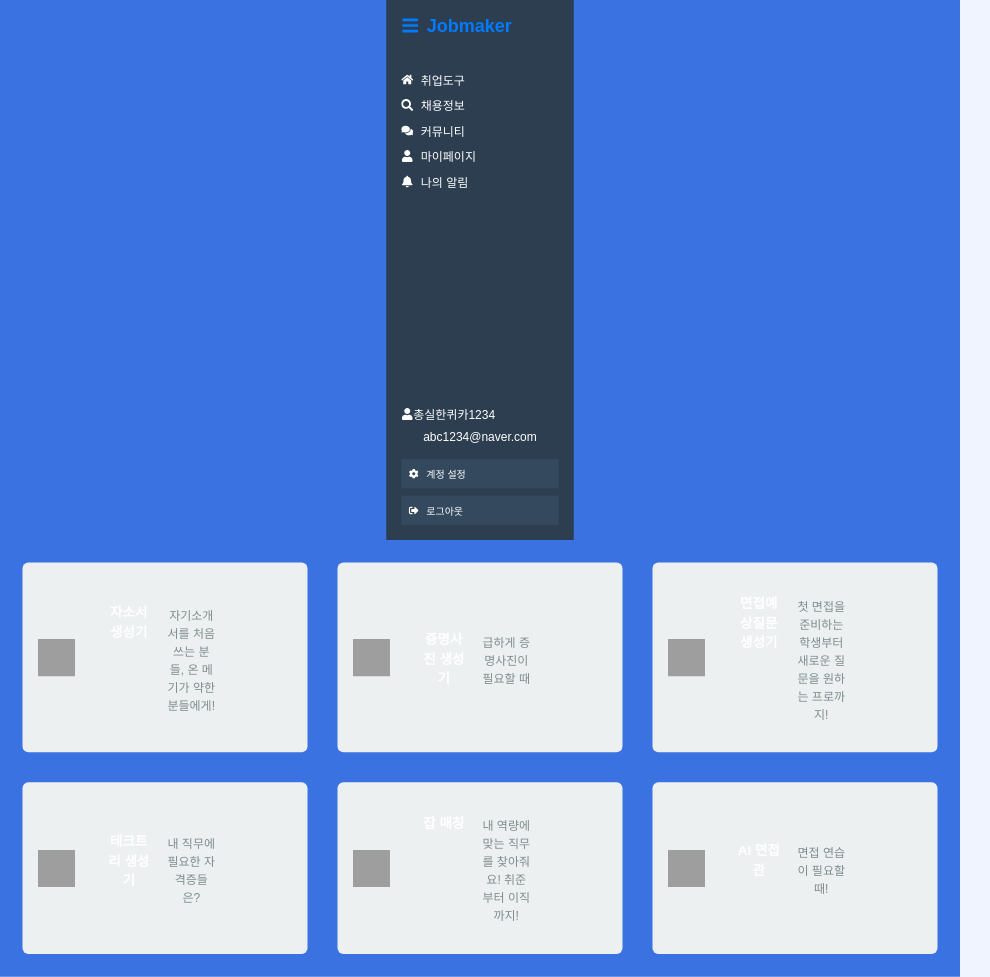
Repository: HSfac/jobmaker
Page: /main
These files come from the project's save history. The page is drawn as it stood at one moment and after the next save; the edit follows.
The browser window is 1280 px wide. The page is 1280 px wide, then 1320 px, so the pictures cover 1320 px, including what lies to the right of the window. The pictures show the whole page, at 75% of full size.
Pictures or frames that could not be fetched are drawn as grey boxes. The project was rebuilt for these pictures with package versions that can differ from the ones it lists, and the page was loaded fresh each time. Also part of the build but not shown: src/pages/LandingPage.jsx, src/pages/InfosPage.jsx, src/pages/CommunityPage.jsx, src/pages/MyPage.jsx, src/components/AlertModal.css, src/components/AlertModal.jsx.

Above is the page before, as saved 2024-07-10 22:28:19.

### src/App.js
import React from 'react';
import { BrowserRouter as Router, Route, Routes } from 'react-router-dom';
import MainPage from './pages/MainPage';
import LandingPage from './pages/LandingPage';
import InfosPage from './pages/InfosPage';
import CommunityPage from './pages/CommunityPage';
import MyPage from './pages/MyPage';
import Header from './components/Header';
import Footer from './components/Footer';
import Sidebar from './components/Sidebar';
import './App.css';

function App() {
  return (
    <Router>
      <div className="App">

        <div className="main-content">
          <Sidebar />
          <div className="page-content">
            <Routes>
              <Route path="/" element={<LandingPage />} />
              <Route path="/main" element={<MainPage />} />
              <Route path="/infos" element={<InfosPage />} />
              <Route path="/community" element={<CommunityPage />} />
              <Route path="/mypage" element={<MyPage />} />
            </Routes>
          </div>
        </div>

      </div>
    </Router>
  );
}

export default App;

### src/pages/MainPage.jsx
import React from 'react';
import ToolCard from '../components/ToolCard';
import './MainPage.css';

const tools = [
  {
    title: "자소서 생성기",
    description: "자기소개서를 처음 쓰는 분들, 온 메기가 약한 분들에게!",
    image: "/images/icon1.png",
  },
  {
    title: "증명사진 생성기",
    description: "급하게 증명사진이 필요할 때",
    image: "/images/icon2.png",
  },
  {
    title: "면접예상질문 생성기",
    description: "첫 면접을 준비하는 학생부터 새로운 질문을 원하는 프로까지!",
    image: "/images/icon3.png",
  },
  {
    title: "테크트리 생성기",
    description: "내 직무에 필요한 자격증들은?",
    image: "/images/icon4.png",
  },
  {
    title: "잡 매칭",
    description: "내 역량에 맞는 직무를 찾아줘요! 취준부터 이직까지!",
    image: "/images/icon5.png",
  },
  {
    title: "AI 면접관",
    description: "면접 연습이 필요할 때!",
    image: "/images/icon6.png",
  },
];

const MainPage = () => {
  return (
    <div className="main-page">
      <div className="content">
        {tools.map((tool, index) => (
          <ToolCard
            key={index}
            title={tool.title}
            description={tool.description}
            image={tool.image}
          />
        ))}
      </div>
    </div>
  );
};

export default MainPage;

### src/components/Sidebar.jsx
import React, { useState } from 'react';
import { FaHome, FaSearch, FaComments, FaUser, FaBell, FaCog, FaSignOutAlt, FaBars } from 'react-icons/fa';
import { Link } from 'react-router-dom';
import './Sidebar.css';
import AlertModal from './AlertModal';

const Sidebar = () => {
  const [isOpen, setIsOpen] = useState(true);
  const [isModalOpen, setIsModalOpen] = useState(false);

  const toggleSidebar = () => {
    setIsOpen(!isOpen);
  };

  const toggleModal = () => {
    setIsModalOpen(!isModalOpen);
  };

  return (
    <div className={`sidebar ${isOpen ? 'open' : 'closed'}`}>
      <div className="logo" onClick={toggleSidebar}>
        <FaBars />
        {isOpen && <span>Jobmaker</span>}
      </div>
      <ul className="menu">
        <li>
          <Link to="/main">
            <FaHome />
            {isOpen && <span>취업도구</span>}
          </Link>
        </li>
        <li>
          <Link to="/infos">
            <FaSearch />
            {isOpen && <span>채용정보</span>}
          </Link>
        </li>
        <li>
          <Link to="/community">
            <FaComments />
            {isOpen && <span>커뮤니티</span>}
          </Link>
        </li>
        <li>
          <Link to="/mypage">
            <FaUser />
            {isOpen && <span>마이페이지</span>}
          </Link>
        </li>
        <li onClick={toggleModal} style={{cursor: 'pointer'}}>
          <FaBell />
          {isOpen && <span>나의 알림</span>}
        </li>
      </ul>
      <div className="user-info">
        <div className="username">
          <FaUser />
          {isOpen && <span>총실한퀴카1234</span>}
        </div>
        {isOpen && <div className="email">abc1234@naver.com</div>}
        <div className="settings">
          <button className="settings-btn">
            <FaCog />
            {isOpen && <span>계정 설정</span>}
          </button>
          <button className="logout-btn">
            <FaSignOutAlt />
            {isOpen && <span>로그아웃</span>}
          </button>
        </div>
      </div>
      {isModalOpen && <AlertModal onClose={toggleModal} />}
    </div>
  );
};

export default Sidebar;

### src/App.css
.App {
  font-family: sans-serif;
  text-align: center;
  height: 100vh;
  display: flex;
  flex-direction: column;
}

.App > * {
  flex-shrink: 0;
}

### src/components/ToolCard.jsx
import React from 'react';
import './ToolCard.css';

const ToolCard = ({ title, description, image }) => {
  return (
    <div className="tool-card">
      <img src={image} alt={title} className="icon" />
      <div className="content">
        <h3>{title}</h3>
        <p>{description}</p>
      </div>
    </div>
  );
};

export default ToolCard;

### src/pages/MainPage.css
.main-page {
  display: flex;
}

.content {
  flex-grow: 1;
  padding: 20px;
  display: grid;
  grid-template-columns: repeat(3, 1fr);
  gap: 20px;
}

### src/pages/LandingPage.css
/* LandingPage.css */

@font-face {
  font-family: 'Pretendard';
  src: url('../assets/fonts/Pretendard-Regular.ttf') format('truetype');
  font-weight: 400;
}

@font-face {
  font-family: 'Pretendard';
  src: url('../assets/fonts/Pretendard-SemiBold.ttf') format('truetype');
  font-weight: 600;
}
:root {
  --bg-color: #f0f4ff;
  --text-color: #333;
  --primary-color: #3a73e1;
  --secondary-color: #fff;
  --question-bg-color: #4a90e2;
}

[data-theme="dark"] {
  --bg-color: #121212;
  --text-color: #e0e0e0;
  --primary-color: #bb86fc;
  --secondary-color: #333;
  --question-bg-color: #3700b3;
}

body {
  background-color: var(--bg-color);
  color: var(--text-color);
  margin: 0;
  padding: 0;
  font-family: 'Pretendard', sans-serif;
}

.landing-page {
  display: flex;
  flex-direction: column;
  min-height: 100vh;
}

.main-content {
  flex: 1;
  display: flex;
  flex-direction: column;
  align-items: center;
  background-color: var(--primary-color);
  color: var(--secondary-color);
}

.hero {
  display: flex;
  justify-content: space-between;
  align-items: center;
  max-width: 1200px;
  width: 100%;
  padding: 20px;
}

.hero-text {
  flex: 1;
  padding: 20px;
}

.hero-text h1 {
  font-size: 4em; /* Increased font size */
  font-family: 'Pretendard', sans-serif;
  font-weight: 600; /* SemiBold */
  margin-bottom: 20px;
}

.hero-text p {
  font-family: 'Pretendard', sans-serif;
  font-weight: 400; /* Regular */
}

.hero-text button.primary {
  background-color: var(--secondary-color);
  color: var(--primary-color);
  padding: 10px 20px;
  border: none;
  border-radius: 5px;
  font-size: 1.2em;
  cursor: pointer;
  transition: border-color 0.3s;
}

.hero-text button.primary:hover {
  border: 2px solid var(--primary-color);
}

.hero-images {
  flex: 1;
  display: flex;
  justify-content: center;
  align-items: center;
}

.hero-images img {
  max-width: 100%;
  height: auto;
}

.second-section {
  width: 100%;
  font-size: 1.5em;
  padding: 50px 20px;
  background-color: var(--bg-color);
  color: var(--text-color);
  text-align: center;
  position: relative;
  overflow: hidden;
  font-weight: 700; /* SemiBold */
}

.second-section h2 {
  color: var(--primary-color);
  font-size: 1.5em;
  font-weight: 700; /* SemiBold */
}

.sliding-images {
  display: flex;
  flex-direction: column;
  align-items: center;
  justify-content: center;
  height: 280px; /* Adjust as needed */
  position: relative;
}

.sliding-images img {
  width: 300%; /* Make the images smaller */
  position: absolute;
  animation-duration: 30s; /* Slow down the animation */
  animation-timing-function: linear;
  animation-iteration-count: infinite;
}

.sliding-images img:nth-child(1) {
  top: 0;
  left: -100%;
  animation-name: slide-in-left;
}

.sliding-images img:nth-child(2) {
  top: 50%;
  left: 100%;
  animation-name: slide-in-right;
}

@keyframes slide-in-left {
  0%, 100% {
    left: -100%;
  }
  50% {
    left: 100%;
  }
}

@keyframes slide-in-right {
  0%, 100% {
    left: 100%;
  }
  50% {
    left: -100%;
  }
}

.generators {
  display: flex;
  justify-content: space-around;
  flex-wrap: wrap;
}

.generator-card {
  background-color: var(--secondary-color);
  color: var(--primary-color);
  border-radius: 10px;
  padding: 20px;
  margin: 10px;
  width: 200px;
  cursor: pointer;
  transition: transform 0.2s;
}

.generator-card:hover {
  transform: scale(1.05);
}

.generator-card h3 {
  margin-top: 0;
}

.generator-card p {
  margin: 10px 0 0;
}

/* 기존 CSS 생략 */

.third-section {
  width: 100%;
  padding: 50px 20px;
  background-color: var(--bg-color);
  color: var(--text-color);
  text-align: center;
}

.third-section h2 {
  font-size: 2.2em;
  color: var(--primary-color);
  font-weight: 700; /* SemiBold */
}

.third-section h3 {
  font-size: 1em;
  font-weight: 600; /* SemiBold */
}

.example-container {
  display: flex;
  flex-wrap: wrap;
  justify-content: center;
  gap: 20px;
  margin-top: 20px;
  flex-direction: column; /* 세로로 배치 */
}

.example-image.left {
  align-self: flex-start;
  margin: 0 50px; /* 이미지 양옆 여백 설정 */
  animation: slide-left 5s infinite;
}

.example-image.center1 {
  align-self: center;
  margin: 0 50px; /* 이미지 양옆 여백 설정 */
}

.example-image.right {
  align-self: flex-end;
  margin: 0 50px; /* 이미지 양옆 여백 설정 */
  animation: slide-right 5s infinite;
}

.example-image.center2 {
  align-self: center;
  margin: 0 50px; /* 이미지 양옆 여백 설정 */
}

@keyframes slide-left {
  0% {
    transform: translateX(0);
  }
  50% {
    transform: translateX(-20px); /* 원하는 슬라이드 거리 설정 */
  }
  100% {
    transform: translateX(0);
  }
}

@keyframes slide-right {
  0% {
    transform: translateX(0);
  }
  50% {
    transform: translateX(20px); /* 원하는 슬라이드 거리 설정 */
  }
  100% {
    transform: translateX(0);
  }
}

/* 기존 CSS 생략 */




.fourth-section {
  width: 100%;
  padding: 50px 20px;
  background-color: var(--bg-color);
  color: var(--text-color);
  text-align: center;
}

.fourth-section h2 {
  font-size: 2.2em;
  color: var(--primary-color);
  font-weight: 700; /* SemiBold */
  margin-bottom: 10px;
}

.fourth-section h3 {
  font-size: 1.1em;
  font-weight: 700; /* SemiBold */
  margin-bottom: 30px;
}

.sliding-tags {
  overflow: hidden;
  white-space: nowrap;
  box-sizing: border-box;
}

.tags-wrapper {
  display: inline-block;
  animation: slide 45s linear infinite;
}

.tag {
  display: inline-block;
  background-color: var(--primary-color);
  color: var(--secondary-color);
  padding: 10px 20px;
  margin: 0 10px;
  border-radius: 20px;
}

@keyframes slide {
  0% {
    transform: translateX(100%);
  }
  100% {
    transform: translateX(-100%);
  }
}

.fifth-section {
  width: 100%;
  padding: 50px 20px;
  background-color: var(--bg-color);
  color: var(--text-color);
  text-align: center;
}

.fifth-section h2 {
  margin-top: 500px;
  font-size: 2.2em;
  font-weight: 700; /* SemiBold */
}

.fifth-section h3 {
  font-size: 1.1em;
  font-weight: 700; /* SemiBold */
  margin-top: 10px;
  margin-bottom: 30px;
}

.pricing-plans {
  display: flex;
  justify-content: center;
  gap: 25px;
  flex-wrap: wrap;
  margin-bottom: 200px;
}

.plan {
  background-color: var(--secondary-color);
  color: var(--primary-color);
  border-radius: 10px;
  padding: 20px;
  margin: 10px;
  width: 250px;
  text-align: center;
}

.plan h3 {
  margin-top: 0;
}

.plan ul {
  list-style: none;
  padding: 0;
}

.plan ul li {
  margin: 10px 0;
}

.plan button.primary {
  background-color: var(--secondary-color);
  color: var(--primary-color);
  padding: 10px 20px;
  border: 2px solid var(--primary-color);
  border-radius: 5px;
  font-size: 1.2em;
  cursor: pointer;
  transition: background-color 0.3s, color 0.3s;
}

.plan button.primary:hover {
  background-color: var(--primary-color);
  color: var(--secondary-color);
}

.footer {
  background-color: var(--primary-color);
  color: var(--secondary-color);
  padding: 20px;
  text-align: center;
  position: relative;
  bottom: 0;
  width: 100%;
  margin-top: auto;
}

### src/components/Header.css
.header {
  display: flex;
  justify-content: space-between;
  align-items: center;
  padding: 10px 20px;
  background-color: #f8f9fa;
  border-bottom: 1px solid #e0e0e0;
}

.logo {
  font-size: 24px;
  font-weight: bold;
  color: #007bff;
}

.nav-links a {
  margin-left: 10px;
  color: #333;
  text-decoration: none;
}

.nav-links a:hover {
  text-decoration: underline;
}

### src/components/Sidebar.css
.sidebar {
  width: 250px;
  height: 100vh;
  background-color: #2c3e50;
  color: white;
  padding: 20px;
  box-sizing: border-box;
  display: flex;
  flex-direction: column;
  justify-content: space-between;
  transition: width 0.3s;
}

.sidebar.closed {
  width: 80px;
}

.logo {
  font-size: 24px;
  font-weight: bold;
  margin-bottom: 20px;
  cursor: pointer;
  display: flex;
  align-items: center;
}

.logo span {
  margin-left: 10px;
}

.menu {
  list-style: none;
  padding: 0;
}

.menu li {
  margin: 10px 0;
  display: flex;
  align-items: center;
}

.menu li a {
  display: flex;
  align-items: center;
  color: white;
  text-decoration: none;
}

.menu li span {
  margin-left: 10px;
}

.user-info {
  margin-top: auto;
}

.username {
  display: flex;
  align-items: center;
  margin-bottom: 10px;
}

.email {
  margin-bottom: 10px;
}

.settings {
  display: flex;
  flex-direction: column;
}

.settings-btn, .logout-btn {
  display: flex;
  align-items: center;
  width: 100%;
  margin-top: 10px;
  padding: 10px;
  background-color: #34495e;
  color: white;
  border: none;
  cursor: pointer;
}

.settings-btn span, .logout-btn span {
  margin-left: 10px;
}

### src/components/ToolCard.css
.tool-card {
  background-color: #ecf0f1;
  border-radius: 8px;
  padding: 20px;
  margin: 10px;
  display: flex;
  align-items: center;
  cursor: pointer;
  transition: background-color 0.3s;
}

.tool-card:hover {
  background-color: #bdc3c7;
}

.icon {
  width: 50px;
  height: 50px;
  margin-right: 20px;
}

.content {
  flex-grow: 1;
}

h3 {
  margin: 0;
  font-size: 18px;
}

p {
  margin: 5px 0 0;
  color: #7f8c8d;
}

### src/components/Header.jsx
import React from 'react';
import './Header.css';

const Header = () => {
  return (
    <header className="header">
      <div className="logo">Jobmaker</div>
      <div className="nav-links">
        <a href="/login">로그인</a> | <a href="/signup">회원가입</a>
      </div>
    </header>
  );
};

export default Header;

### src/components/Footer.jsx
import React from 'react';
import './Footer.css';
import { FontAwesomeIcon } from '@fortawesome/react-fontawesome';
import { faTwitter, faFacebook, faInstagram, faLinkedin } from '@fortawesome/free-brands-svg-icons';

const Footer = () => {
  return (
    <footer className="footer">
      <div className="footer-content">
        <div className="social-icons">
          <a href="https://twitter.com" aria-label="Twitter">
            <FontAwesomeIcon icon={faTwitter} />
          </a>
          <a href="https://facebook.com" aria-label="Facebook">
            <FontAwesomeIcon icon={faFacebook} />
          </a>
          <a href="https://instagram.com" aria-label="Instagram">
            <FontAwesomeIcon icon={faInstagram} />
          </a>
          <a href="https://linkedin.com" aria-label="LinkedIn">
            <FontAwesomeIcon icon={faLinkedin} />
          </a>
        </div>
        <p>대표: 신희성</p>
        <p>사업자등록번호: 1234</p>
        <p>주소: 1234</p>
        <p>Email: <a href="mailto:jobmaker.ai@gmail.com">jobmaker.ai@gmail.com</a></p>
        <p><a href="/privacy">개인정보 처리방침</a> | <a href="/terms">이용약관</a></p>
        <p>Copyright © 2024 Jobmaker. All rights reserved.</p>
      </div>
    </footer>
  );
};

export default Footer;

### src/components/Footer.css
.footer {
  padding: 20px;
  background-color: #f8f9fa;
  border-top: 1px solid #e0e0e0;
  text-align: center;
}

.footer-content p {
  margin: 5px 0;
  color: #777;
}

.footer-content a {
  color: #007bff;
  text-decoration: none;
}

.footer-content a:hover {
  text-decoration: underline;
}

Loaded but not shown: public/index.html (common file); src/index.js (common file); src/index.css (common file); src/reportWebVitals.js (common file)

After the next save:
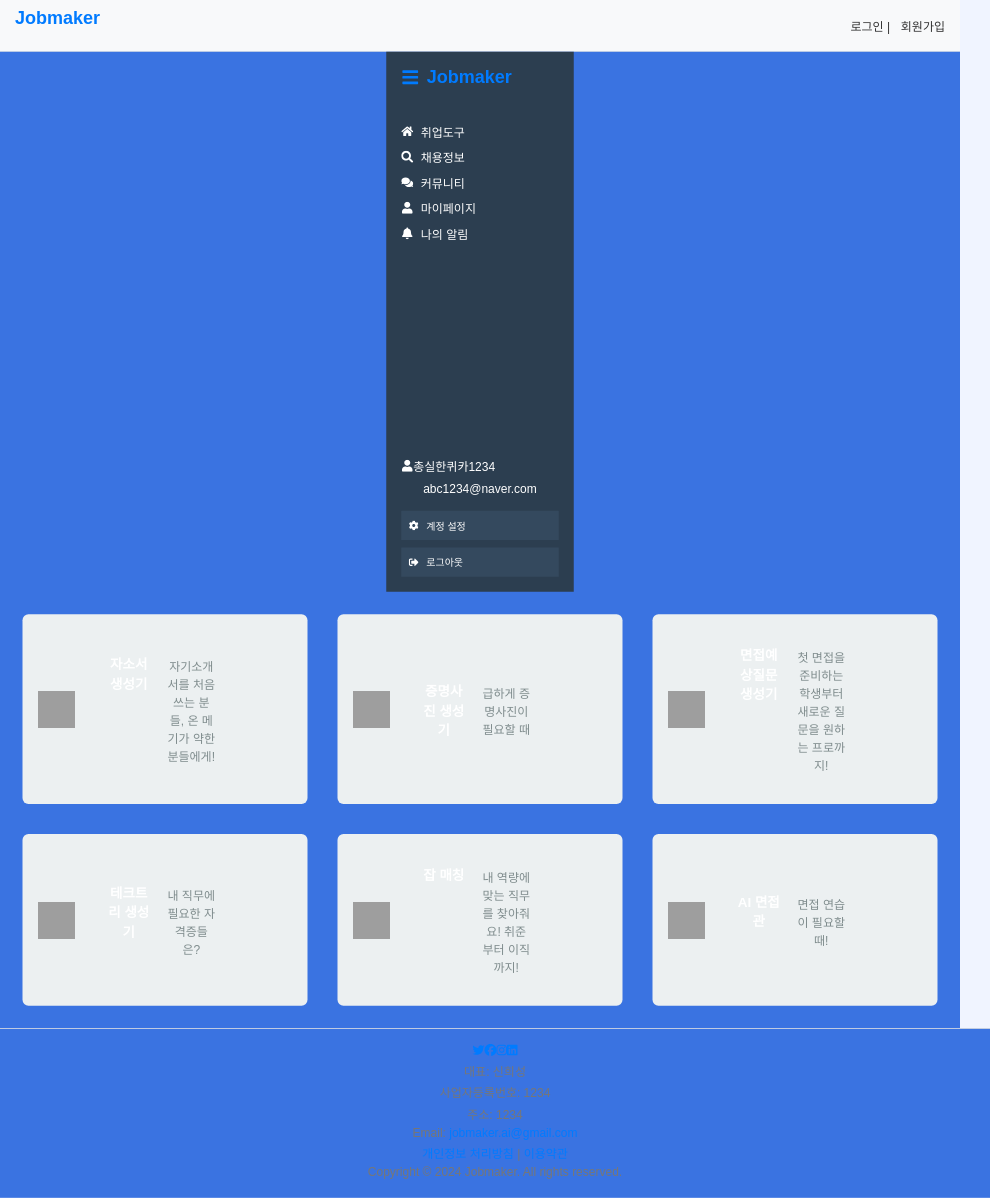
Saved 6 s later.
--- a/src/App.js
+++ b/src/App.js
@@ -14,7 +14,7 @@ function App() {
   return (
     <Router>
       <div className="App">
-
+        <Header />
         <div className="main-content">
           <Sidebar />
           <div className="page-content">
@@ -27,7 +27,7 @@ function App() {
             </Routes>
           </div>
         </div>
-
+        <Footer />
       </div>
     </Router>
   );
